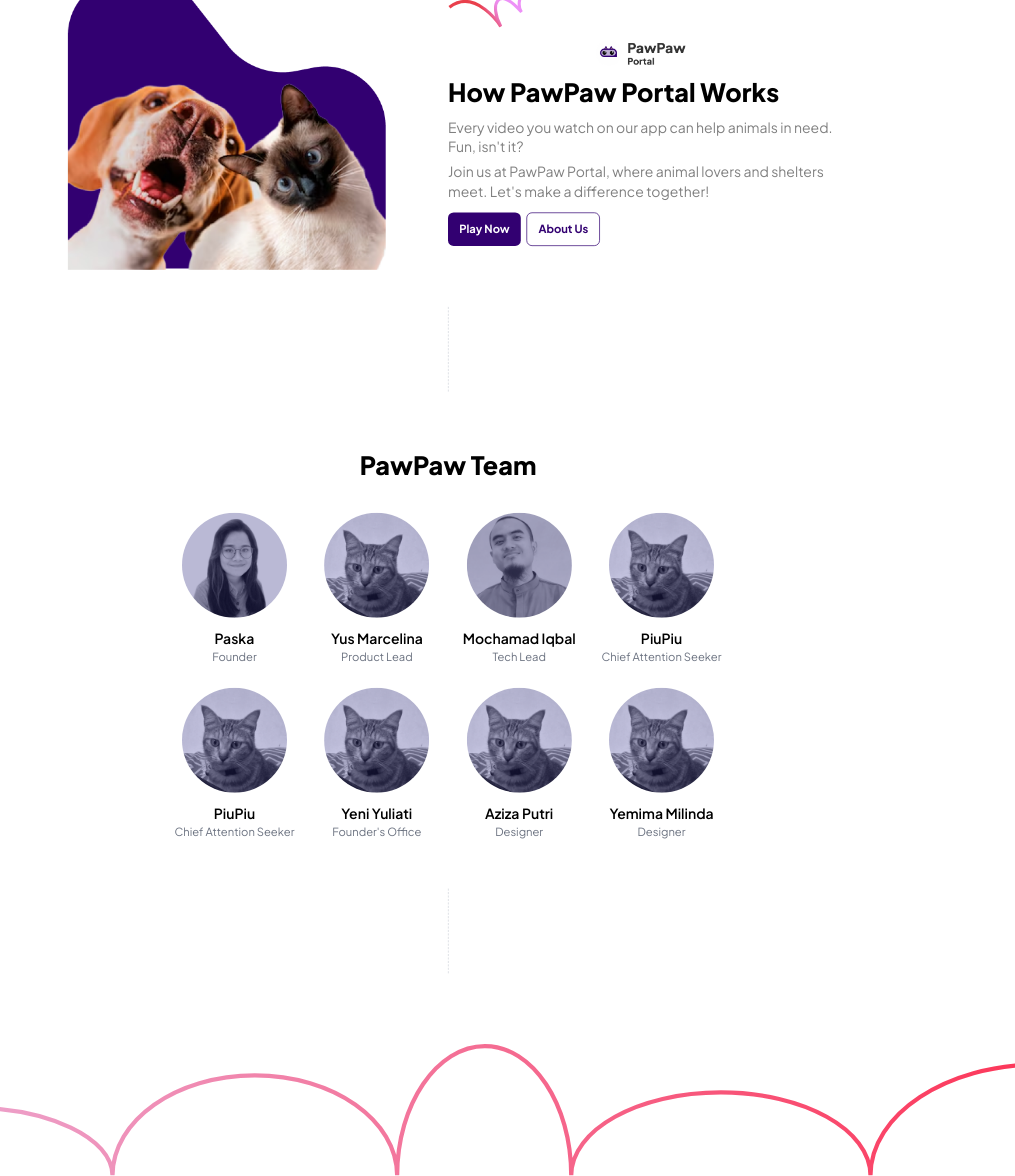
Repository: paskasiregar/pawpawwebsite
Page: /
An editor plug-in stored every save of this project. The page is shown before and after the next save, followed by the edit.
The browser window is 1280 px wide. The page is 1450 px wide, so the pictures cover 1450 px, including what lies to the right of the window. The pictures show the part of the page from y = 1138 to 2818 px (the page is 4024 px tall), at 70% of full size.
The project was rebuilt for these pictures with package versions that can differ from the ones it lists, and the page was loaded fresh each time. The framework's server and built-in components were replaced by stand-ins that run in the browser. Also part of the build but not shown: next.config.js, next.config.mjs.

Above is the page before, as saved 2024-09-06 12:13:27.

After the next save:
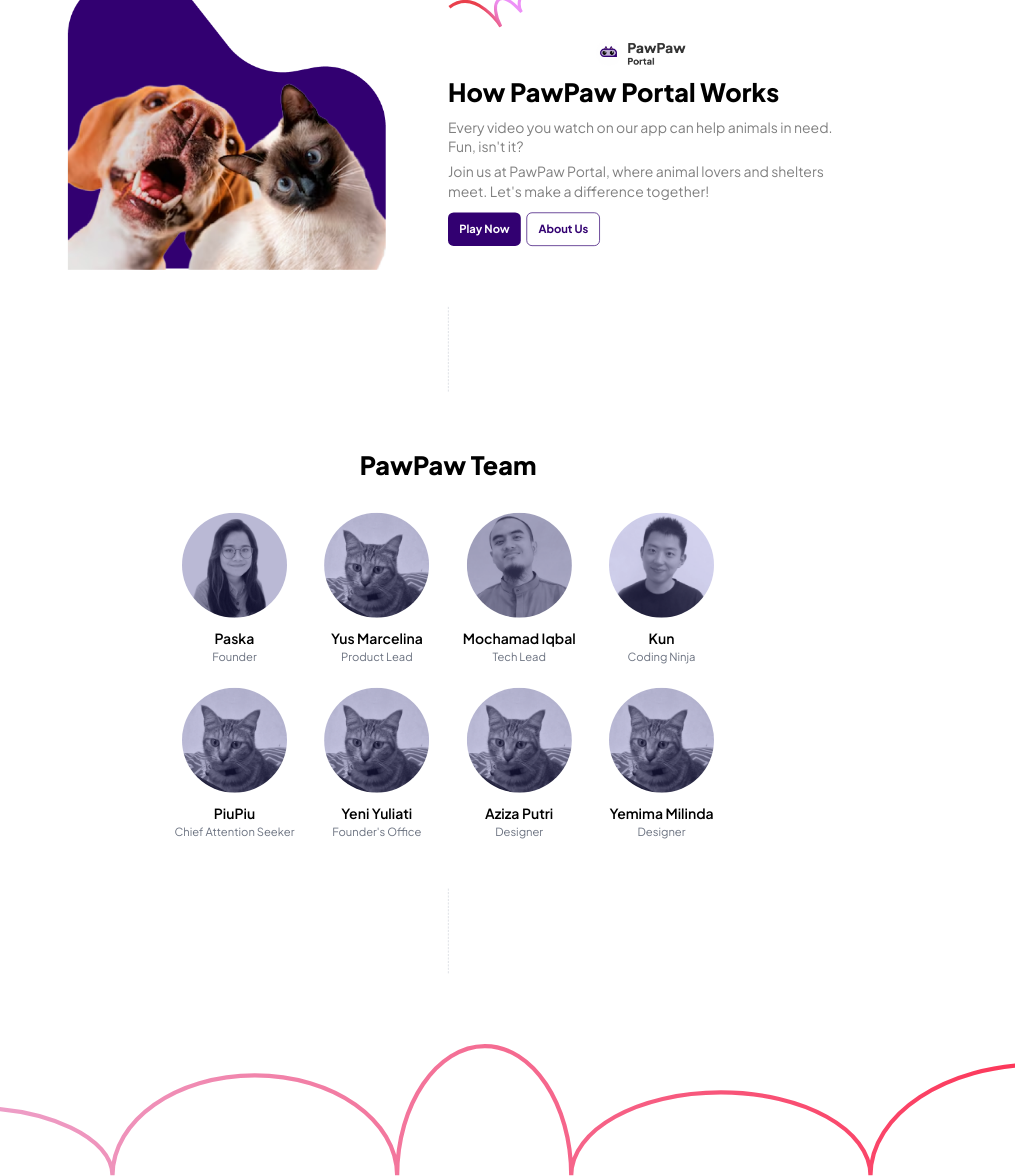
Saved 20 s later.
--- a/src/app/page.js
+++ b/src/app/page.js
@@ -197,14 +197,14 @@ export default async function Home() {
                 <div className="flex flex-col items-center">
                   <Image
                     className="rounded-full object-cover"
-                    alt="PiuPiu"
-                    src={piupiu}
-                    width={150}
-                    height={150}
-                    sizes="(max-width: 768px) 100px, (max-width: 1200px) 150px, 200px"
-                  />
-                  <div className="text-xl font-semibold mt-4">PiuPiu</div>
-                  <div className="text-gray-500">Chief Attention Seeker</div>
+                    alt="Kun"
+                    src={kun}
+                    width={150}
+                    height={150}
+                    sizes="(max-width: 768px) 100px, (max-width: 1200px) 150px, 200px"
+                  />
+                  <div className="text-xl font-semibold mt-4">Kun</div>
+                  <div className="text-gray-500">Coding Ninja</div>
                 </div>
 
                 {/* PiuPiu */}
